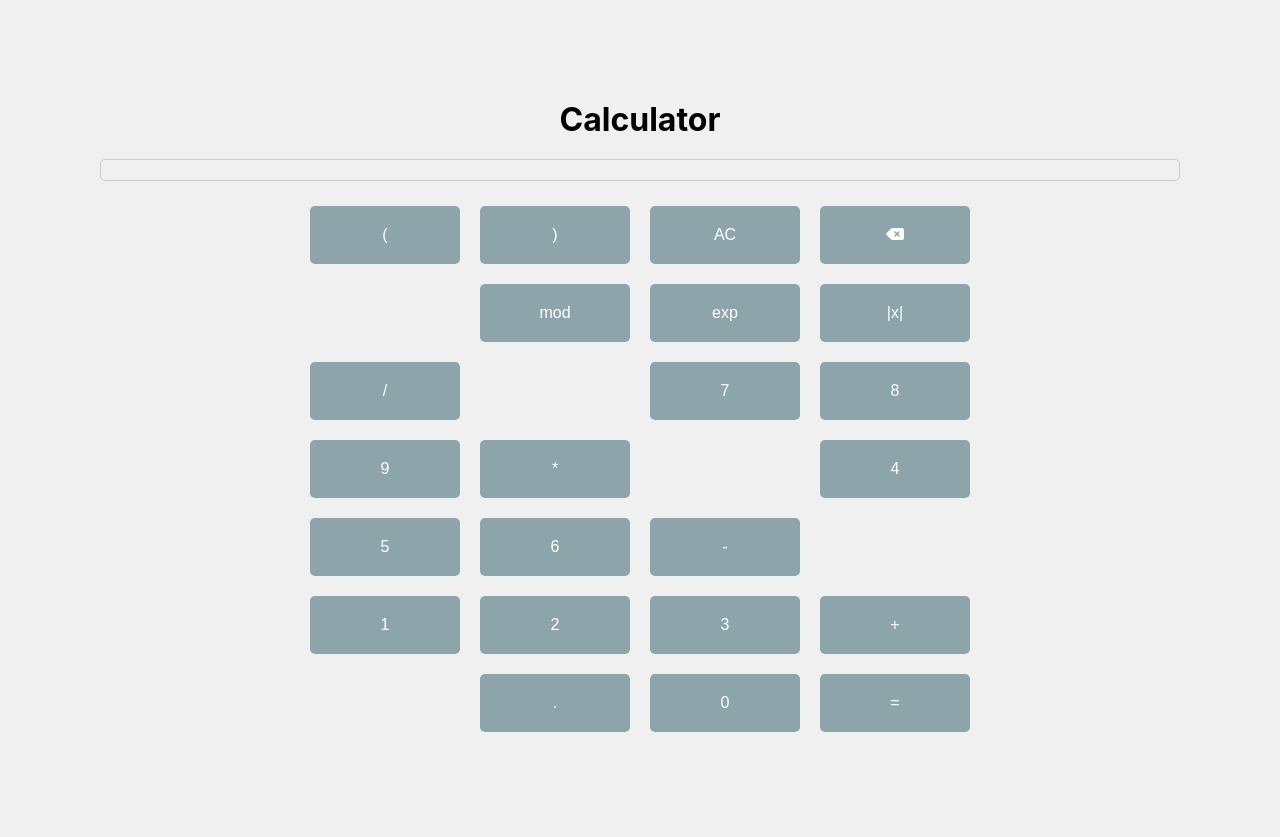
Repository: thesaherriaz/Calculator-React
Page: /
These files come from the project's save history. The page is drawn as it stood at one moment and after the next save; the edit follows.
The browser window is 1280 px wide. The pictures show the whole page.
The project was rebuilt for these pictures with package versions that can differ from the ones it lists, and the page was loaded fresh each time.

Above is the page before, as saved 2025-06-18 15:33:23.

### public/index.html
<!DOCTYPE html>
<html lang="en">
  <head>
    <meta charset="utf-8" />
    <link rel="icon" href="%PUBLIC_URL%/favicon.ico" />
    <meta name="viewport" content="width=device-width, initial-scale=1" />
    <meta name="theme-color" content="#000000" />
    <meta
      name="description"
      content="Web site created using create-react-app"
    />
    <link rel="apple-touch-icon" href="%PUBLIC_URL%/logo192.png" />
    <link rel="stylesheet" href="https://cdnjs.cloudflare.com/ajax/libs/font-awesome/6.0.0/css/all.min.css">
    <!--
      manifest.json provides metadata used when your web app is installed on a
      user's mobile device or desktop. See https://developers.google.com/web/fundamentals/web-app-manifest/
    -->
    <link rel="manifest" href="%PUBLIC_URL%/manifest.json" />
    <!--
      Notice the use of %PUBLIC_URL% in the tags above.
      It will be replaced with the URL of the `public` folder during the build.
      Only files inside the `public` folder can be referenced from the HTML.

      Unlike "/favicon.ico" or "favicon.ico", "%PUBLIC_URL%/favicon.ico" will
      work correctly both with client-side routing and a non-root public URL.
      Learn how to configure a non-root public URL by running `npm run build`.
    -->
    <title>React App</title>
  </head>
  <body>
    <noscript>You need to enable JavaScript to run this app.</noscript>
    <div id="root"></div>
    <!--
      This HTML file is a template.
      If you open it directly in the browser, you will see an empty page.

      You can add webfonts, meta tags, or analytics to this file.
      The build step will place the bundled scripts into the <body> tag.

      To begin the development, run `npm start` or `yarn start`.
      To create a production bundle, use `npm run build` or `yarn build`.
    -->
  </body>
</html>

### src/App.js
import React from 'react'
import Calculator from './compnents/Calculator'

function App() {
  return (
    <Calculator />
  )
}

export default App

### src/compnents/Calculator.jsx
import React from 'react'
import './Calculator.css'
import { useState } from 'react'

function Calculator() {
    const [input, setInput] = useState('');
    const [result, setResult] = useState('');
    const handleClick = (value) => {
        return () => {
            const input = document.getElementById('input');
            if (value === 'AC') {
                setInput('');
            } else if (value === 'DEL') {
                setInput(input.value.slice(0, -1));
            } else if (value === '=') {
                try {
                    setResult(eval(input));
                    setInput('');
                } catch (error) {
                    setInput('Error');
                }
            } else {
                setInput(input + value);
            }
        };
    }
  return (
    <>
        <div className="Calculator">
            <h1>Calculator</h1>
            <div className="input">{input}</div>
            <div className="result">{result}</div>
            <div className="buttons">
                <button className='btn-cal'onClick={handleClick('(')}>(</button>
                <button className='btn-cal'onClick={handleClick(')')}>)</button>
                <button className='btn-cal'onClick={handleClick('AC')}>AC</button>
                <button className='btn-cal'onClick={handleClick('DEL')}><i class="fa-solid fa-delete-left"></i></button> <br />
                <button className='btn-cal'onClick={handleClick('mod')}>mod</button>
                <button className='btn-cal'onClick={handleClick('exp')}>exp</button>
                <button className='btn-cal'onClick={handleClick('|x|')}>|x|</button>
                <button className='btn-cal'onClick={handleClick('/')}>/</button> <br />
                <button className='btn-cal'onClick={handleClick('7')}>7</button>
                <button className='btn-cal'onClick={handleClick('8')}>8</button>
                <button className='btn-cal'onClick={handleClick('9')}>9</button>
                <button className='btn-cal'onClick={handleClick('*')}>*</button> <br />
                <button className='btn-cal'onClick={handleClick('4')}>4</button>
                <button className='btn-cal'onClick={handleClick('5')}>5</button>
                <button className='btn-cal'onClick={handleClick('6')}>6</button>
                <button className='btn-cal'onClick={handleClick('-')}>-</button> <br />
                <button className='btn-cal'onClick={handleClick('1')}>1</button>
                <button className='btn-cal'onClick={handleClick('2')}>2</button>
                <button className='btn-cal'onClick={handleClick('3')}>3</button>
                <button className='btn-cal'onClick={handleClick('+')}>+</button> <br />
                <button className='btn-cal'onClick={handleClick('.')}>.</button>
                <button className='btn-cal'onClick={handleClick('0')}>0</button>
                <button className='btn-cal'onClick={handleClick('=')}>=</button>
            </div>
        </div>
    </>
  )
}

export default Calculator

### src/compnents/Calculator.css
*{
    box-sizing: border-box;
    margin: 0;
    padding: 0;

}
.Calculator {
  display: flex;
  flex-direction: column;
  align-items: center;
  justify-content: center;
  /* height: 100vh; */
  background-color: #f0f0f0;
  padding: 100px;
}
.buttons {
  display: grid;
  grid-template-columns: repeat(4, 1fr);
  gap: 10px;
}
.btn-cal{
  background-color: #8ea4ab;
  width: 150px;
  color: white;
  border: none;
  padding: 20px;
  font-size: 16px;
  cursor: pointer;
  border-radius: 5px;
  margin: 5px;
  transition: background-color 0.3s ease;
}

.input {
  width: 100%;
  padding: 10px;
  font-size: 16px;
  border: 1px solid #ccc;
  border-radius: 5px;
  margin: 20px;
}

Loaded but not shown: src/index.js (common file); src/index.css (common file); src/reportWebVitals.js (common file)

After the next save:
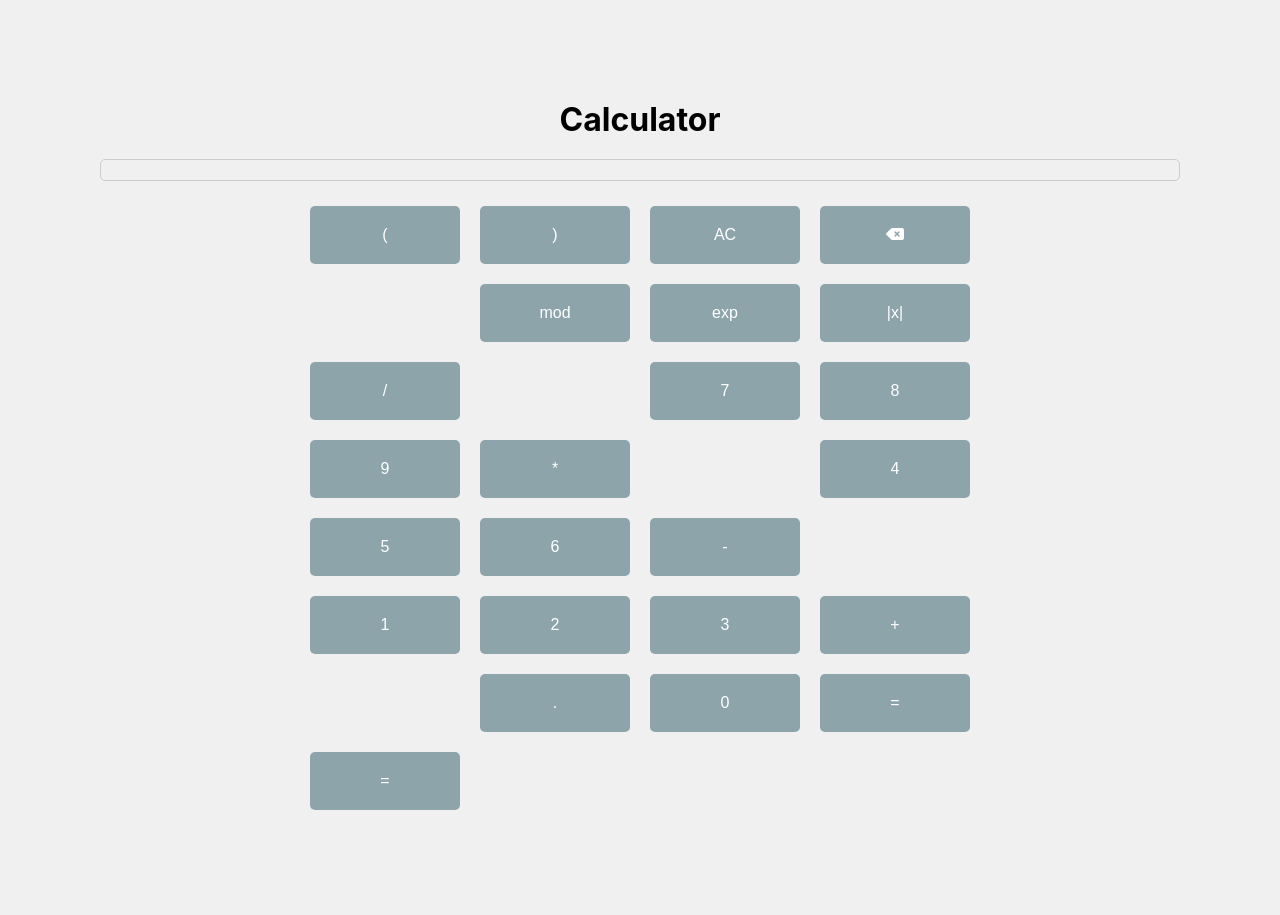
Saved 22 s later.
--- a/src/compnents/Calculator.jsx
+++ b/src/compnents/Calculator.jsx
@@ -54,6 +54,7 @@ function Calculator() {
                 <button className='btn-cal'onClick={handleClick('.')}>.</button>
                 <button className='btn-cal'onClick={handleClick('0')}>0</button>
                 <button className='btn-cal'onClick={handleClick('=')}>=</button>
+                <button className='btn-cal'onClick={handleClick('=')}>=</button>
             </div>
         </div>
     </>
